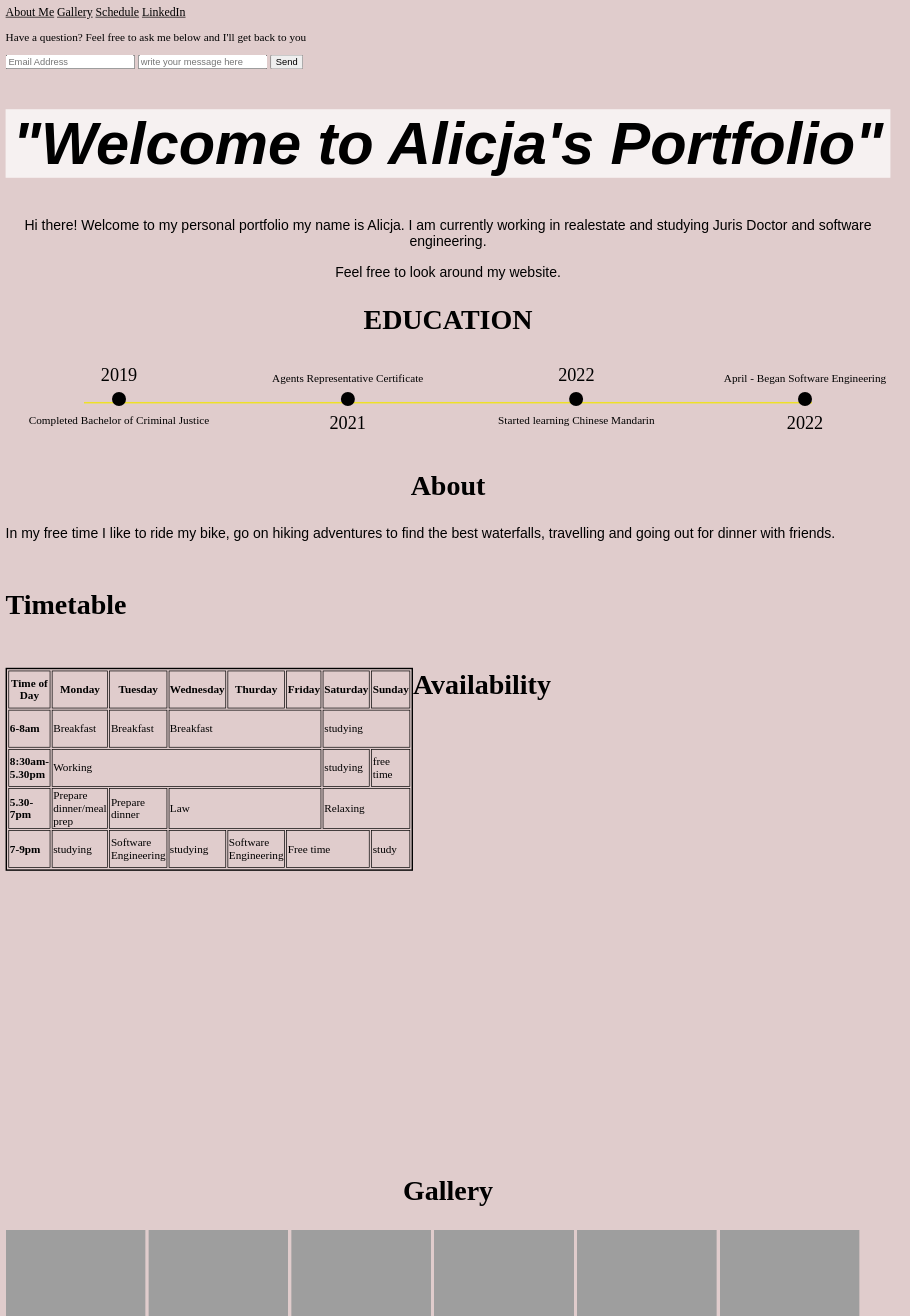
Repository: alicjasapieja/example-repository
Page: my-first-website/index.html
These files come from the project's save history. The page is drawn as it stood at one moment and after the next save; the edit follows.
The browser window is 1280 px wide. The page is 1300 px wide, so the pictures cover 1300 px, including what lies to the right of the window. The pictures show the part of the page from y = 0 to 1880 px (the page is 2543 px tall), at 70% of full size.
Pictures or frames that could not be fetched are drawn as grey boxes.

Above is the page before, as saved 2022-05-15 11:47:44.

### my-first-website/index.html
<!DOCTYPE html>
<html lang="en">

      <style>
             table, th, td {
            border: 1px solid black;
            width: 100px;
            height: 50px;
         }
      </style>
    <link rel="stylesheet" href="style.css">
    <title>My portfolio Website</title>
    <div class="topnav">
        <a href="#intro">About Me</a>
        <a href="#gallery">Gallery</a>
        <a href="#contact">Schedule</a>
        <a href="https://www.linkedin.com/in/alicja-sapieja-1264b0187/"> LinkedIn</a>
    </div>
  </head>
  <body><head>
    <p> Have a question? Feel free to ask me below and I'll get back to you </p>
    <form action="https://formsubmit.co/alicjasapieja1@gmail.com" method="POST">
    <input type="hidden" name="_subject" value="New submission Woo!">
    <input type="email" name="email" placeholder="Email Address"required>
    <input type="hidden" name="_next" value="https://alicja-sapieja.com/pages/thankyou.html">
    <input type="text" name="name" placeholder="write your message here "required>


    <button type="submit">Send</button>
  </form>




    <div id="intro">
        <h1>"Welcome to Alicja's Portfolio"</h1>
        <p>Hi there! Welcome to my personal portfolio my name is Alicja. I am currently working in realestate and studying Juris Doctor and software engineering.</p>
        <p> Feel free to look around my website.</p>
    </div>
    <div id="details">
        <h2 id="Career"> EDUCATION </h2>
        <ul class="timeline">
            <li data-year="2019" data-text="Completed Bachelor of Criminal Justice"></li>
            <li data-year="2021" data-text="Agents Representative Certificate"></li>
            <li data-year="2022" data-text="Started learning Chinese Mandarin"></li>
            <li data-year="2022" data-text="April - Began Software Engineering"></li>
        </ul>

        <div id="HOBBIES">
            <h2>About</h2>

            <p>In my free time I like to ride my bike, go on hiking adventures to find the best waterfalls, travelling and going out for dinner with friends.</p>

          <style>
table {

  margin-left: auto;
  margin-right: auto;

}

          </style>

          <table>
            <tr>
                <th style="width: 12.5%">Time of Day</th>
                <th style="width: 12.5%">Monday</th>
                <th style="width: 12.5%">Tuesday</th>
                <th style="width: 12.5%">Wednesday</th>
                <th style="width: 12.5%">Thurday</th>
                <th style="width: 12.5%">Friday</th>
                <th style="width: 12.5%">Saturday</th>
                <th style="width: 12.5%">Sunday</th>
            </tr>
               <h5 id= "Timetable-title">Timetable</h5>
                <tr>
                <td class="time"> 6-8am</td>
                <td>Breakfast</td>
                <td>Breakfast</td>
                <td colspan="3">Breakfast</td>
                <td colspan="2">studying</td>
            </tr>
            </div>
            <tr>
                <td class="time">8:30am-5.30pm</td>
                <td colspan="5">Working</td>
                <td>studying</td>
                <td>free time</td>
            </tr>
            <tr>
                <td class="time">5.30-7pm</td>
                <td>Prepare dinner/meal prep</td>
                <td>Prepare dinner</td>
                <td colspan="3">Law</td>
                <td colspan="2">Relaxing</td>
            </tr>
            <tr>
                <td class="time"> 7-9pm</td>
                <td>studying</td>
                <td>Software Engineering</td>
                <td>studying</td>
                <td>Software Engineering</td>
                <td colspan="2">Free time</td>
                <td>study</td>
            </tr>
        </table>

    </div><h2>



    </h2></div>
    <h5>Availability</h5>

    <div id="gallery">
        <h2>Gallery</h2>
            <img src="img/beachsunset.JPG" alt="sunset on beach" title="summer">
            <img src="img/bikeriding.JPEG" alt="bikeriding" title="bike riding">
            <img src="img/oceanroad.JPG" alt="Road trip" title="Roadtrips">
            <img src="img/waterfallme.PNG" alt="waterfall" title="waterfalls">
            <img src="img/nobu.JPG" alt="nobu" title="Dinner at Nobu">
            <img src="img/darwinsunset.JPG" alt="darwinsunset" title="sunset">
            <img src="img/fishing.JPG" alt="fishingrod" title="fishing">
            <img src="img/drinkwatermelon.JPG" alt="watermelondrink" title="tetsujin">
            <img src="img/bia.JPG" alt="bia" title="BIA">
            <img src="img/bigwaterfall.JPG" alt="bigwaterfall" title="waterfall">
            <img src="img/paris.JPG" alt="paris" title="travel in paris">
            <img src="img/foodpool.JPG" alt="food" title="lunch">




  </body>

      <h3 id="Enquiry">Contact</h3>
      <form>
        <input type="text" name="name" placeholder="Full Name"> <br>
        <input type="text" name="email" placeholder="Email Address"> <br>
        <input type="text-box" name="reason" placeholder="how can I help you"> <br>
        <input type="submit" name="submit" value="Submit">
    </form>




</html>

### my-first-website/style.css
.topnav {
  background-color: rgba(209, 212, 114, 0);
  display: block;
}

.topnav a {
  color: rgb(0, 0, 0);
  font-size: 17px;
  display: inline-block;
}

.topnav a:hover {
  color: black;
}

h1 {
  font-family:'arial';
  font-size: 85px;
  font-style:oblique;
  text-align: center;
  background-color: #ffffffb8;
}





#intro p {
  font-family: Arial;
  font-size: 20px;
  text-align: center;
  background-color: rgba(87, 87, 87, 0);
}

h2 {
  font-family: 'Lucinda Sans';
  font-size: 40px;
  text-align: center;
  font-style:normal;

}


#details p {
  font-family: Arial, Helvetica, sans-serif;
  font-size: 20px;
}
body {
  background: rgb(224, 204, 204);
  background-image: url();
}


h5 {
  text-align: left
  font-family: 'Lucinda Sans';
  font-size: 40px;
  font-style:normal;

}

table {
  border-width: 2px;
  border-color: black;
  margin-right: 250px;
}

.time {
  font-weight: bold;
}

img {
  width: 200px;
  height: 300px;
}

.largerimg {
  width: 400px;
  height: 300px;
}

h3 {
  font-family: 'Lucinda Sans';
  font-size: 30px;
  color: rgb(0, 0, 0);

}

.timeline {
  width:1000px;
  height: 30px;
  list-style: none;
  text-align: justify;
  margin: 80px auto;
  background: linear-gradient(to bottom, rgba(127, 212, 8, 0) 0%, rgba(255,255,255,0) 45%, rgb(240, 229, 6) 51%, rgba(255,255,255,0) 57%, rgba(255,255,255,0) 100%);
}

.timeline:after {
  display: inline-block;
  content: "";
  width: 100%;
}



.timeline li {
  display: inline-block;
  width: 20px;
  height: 20px;
  background: #000000;
  text-align: center;
  line-height: 1.2;
  position: relative;
  border-radius: 50%;
}
.timeline li:before {
  display: inline-block;
  width: 200px;
  content: attr(data-year);
  font-size: 26px;
  position: absolute;
  left: 50%;
  transform: translateX(-50%);
}

.timeline li:nth-child(odd):before {
  top: -40px;
}

.timeline li:nth-child(even):before {
  bottom: -40px;
}

.timeline li:after {
  display: inline-block;
  width: 300px;
  content: attr(data-text);
  font-size: 16px;
  position: absolute;
  left: 50%;
  transform: translateX(-50%);
}

.timeline li:nth-child(odd):after {
  bottom: 0;
  margin-bottom: -10px;
  transform: translate(-50%, 100%);
}
.timeline li:nth-child(even):after {
  top: 0;
  margin-top: -10px;
  transform: translate(-50%, -100%);
}

#Hobbies {
  float:right;
  width: 500px;
  margin-left: 500px;

}

#timetable {
  float:left;
  width: 300px;
  margin-left:1000px;
}

table {
  float:left;
  margin-left: 100px;
  margin-right: 20px;
}

h4 {
  font-family: 'Lucinda Sans';
  font-size: 30px;
  text-align: center;
  font-style:normal;
}

#gallery {
  float: left;
   display: block;
   margin-top: 400px;
}

After the next save:
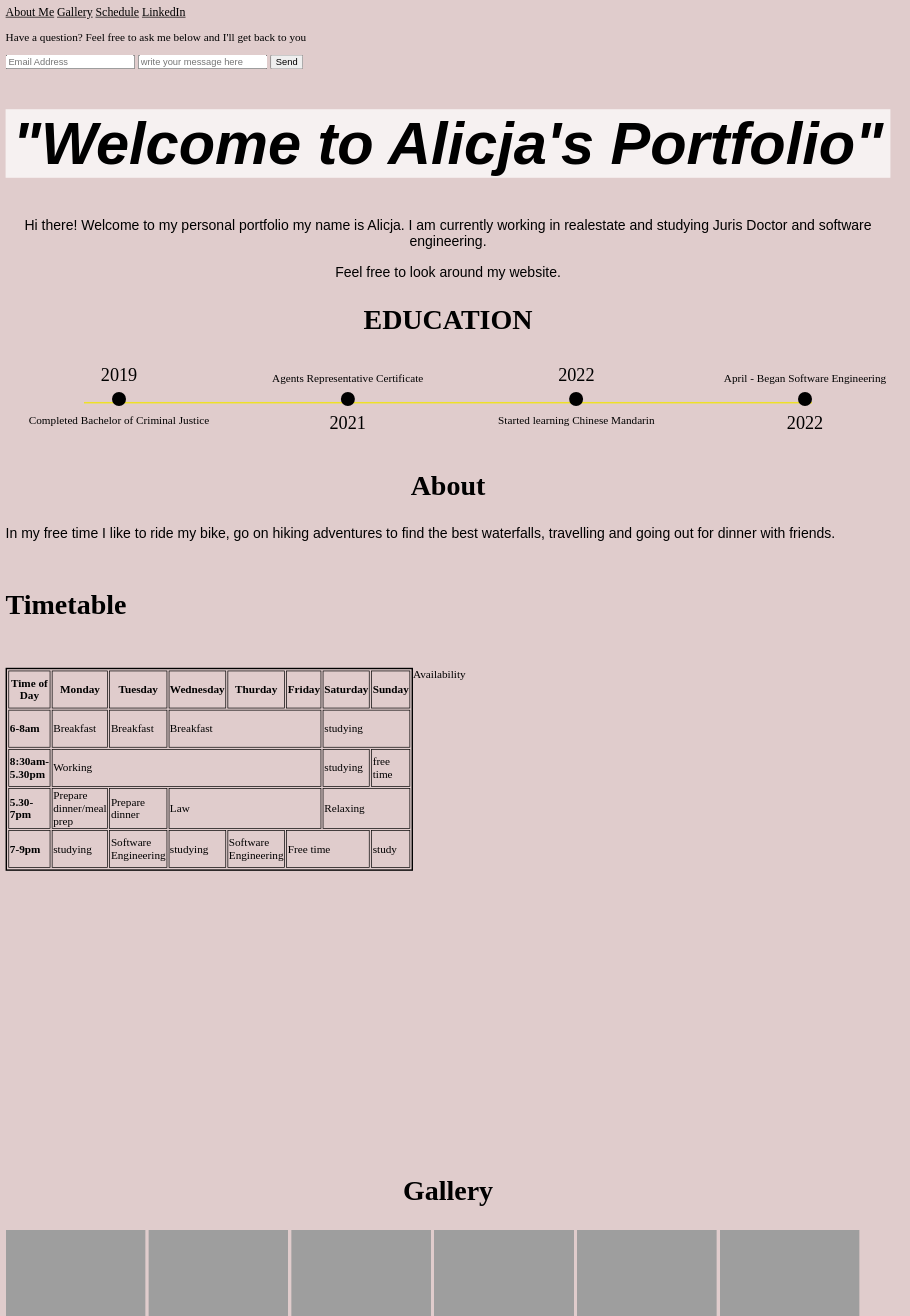
Saved 36 s later.
--- a/my-first-website/index.html
+++ b/my-first-website/index.html
@@ -110,7 +110,7 @@
 
 
     </h2></div>
-    <h5>Availability</h5>
+    <h7>Availability</h7>
 
     <div id="gallery">
         <h2>Gallery</h2>

After the 2 saves that followed:
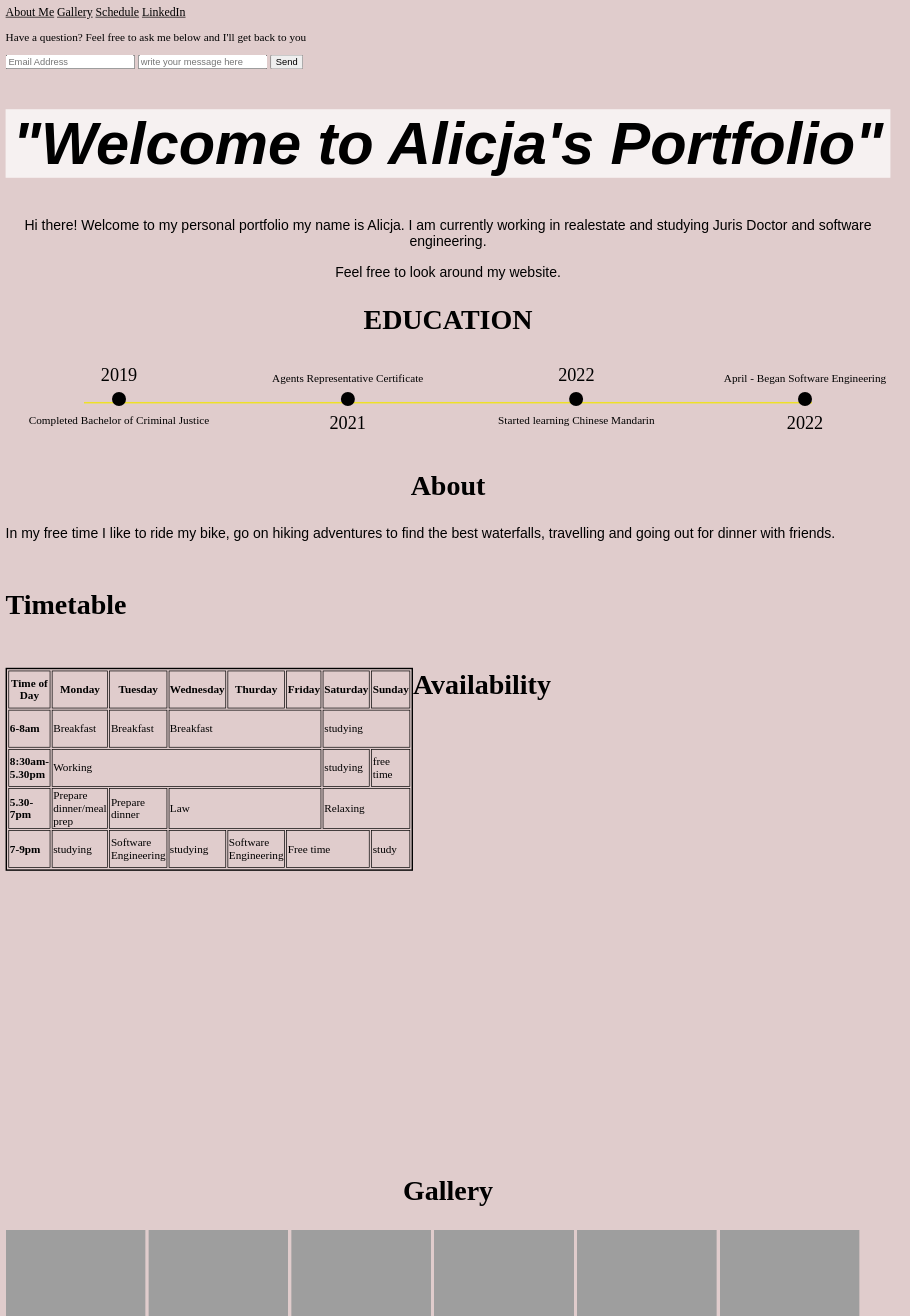
The 2 saves are shown as one change because 1 left the picture as it was.
The last was saved 113 s later.
--- a/my-first-website/index.html
+++ b/my-first-website/index.html
@@ -109,8 +109,8 @@
 
 
 
-    </h2></div>
-    <h7>Availability</h7>
+
+    <h5>Availability</h5>
 
     <div id="gallery">
         <h2>Gallery</h2>
--- a/my-first-website/style.css
+++ b/my-first-website/style.css
@@ -52,7 +52,7 @@ body {
 
 
 h5 {
-  text-align: left
+  text-align: right
   font-family: 'Lucinda Sans';
   font-size: 40px;
   font-style:normal;
